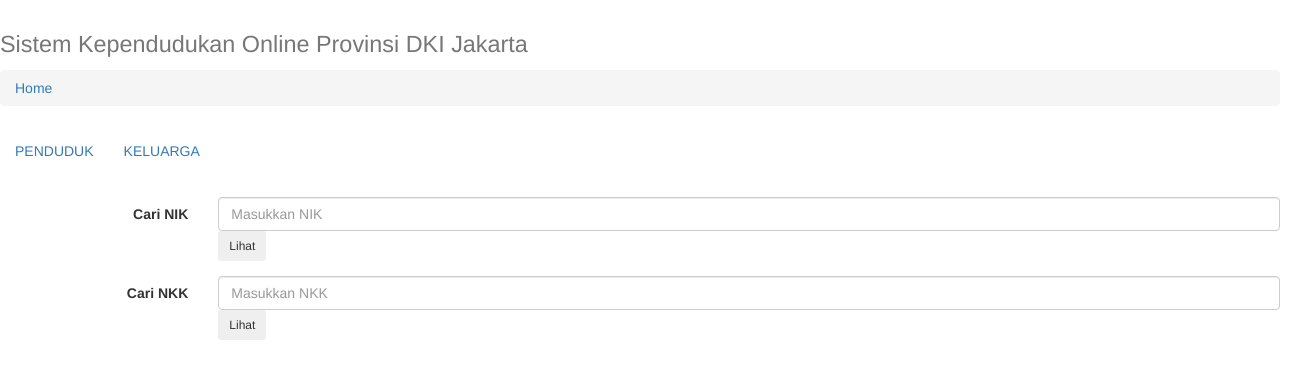
Repository: apap-2017/tugas1_1406544135
Page: http://localhost/index
An editor plug-in stored every save of this project. The page is shown before and after the next save, followed by the edit.
The browser window is 1280 px wide. The page is 1295 px wide, so the pictures cover 1295 px, including what lies to the right of the window. The pictures show the whole page.
The page is this project's Thymeleaf template; nobody is signed in. The template is opened directly, without the code that normally fills it, so the values that code supplies are empty.

Above is the page before, as saved 2017-10-20 03:50:09.

After the next save:
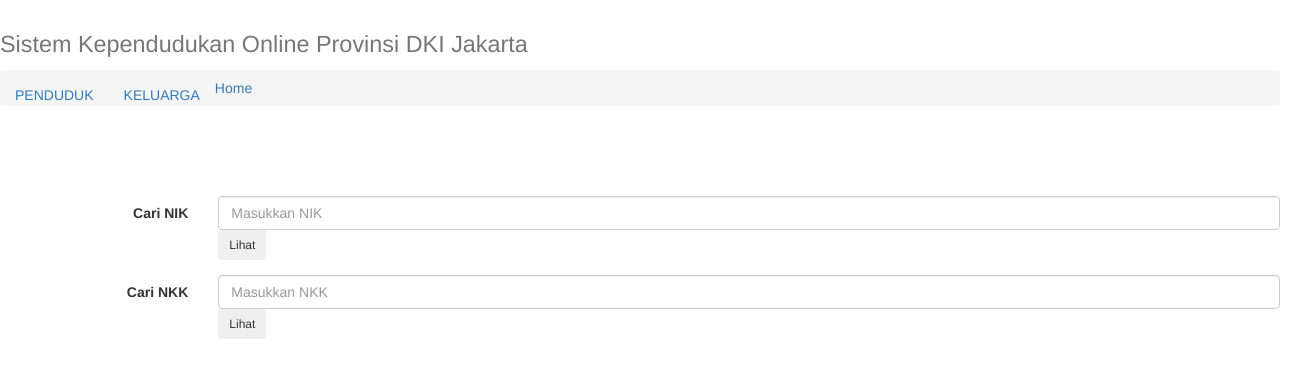
Saved 7 s later.
--- a/Tugas1_1406544135/src/main/resources/templates/index.html
+++ b/Tugas1_1406544135/src/main/resources/templates/index.html
@@ -13,16 +13,17 @@
 		<h1>
 			<small>Sistem Kependudukan Online Provinsi DKI Jakarta</small>
 		</h1>
+		<ul class="nav navbar-nav">
+			<li><a th:href="@{/penduduk/}">PENDUDUK</a></li>
+			<li><a th:href="@{/keluarga/}">KELUARGA</a></li>
+		</ul>
 		<ol class="breadcrumb">
 			<li><a th:href="@{/}">Home</a></li>
 		</ol>
 	</section>
 
 	<nav class="navbar navbar-static-top" role="navigation">
-		<ul class="nav navbar-nav">
-			<li><a th:href="@{/penduduk/}">PENDUDUK</a></li>
-			<li><a th:href="@{/keluarga/}">KELUARGA</a></li>
-		</ul>
+
 	</nav>
 
 	<form class="form-horizontal" action="/penduduk" method="get">
